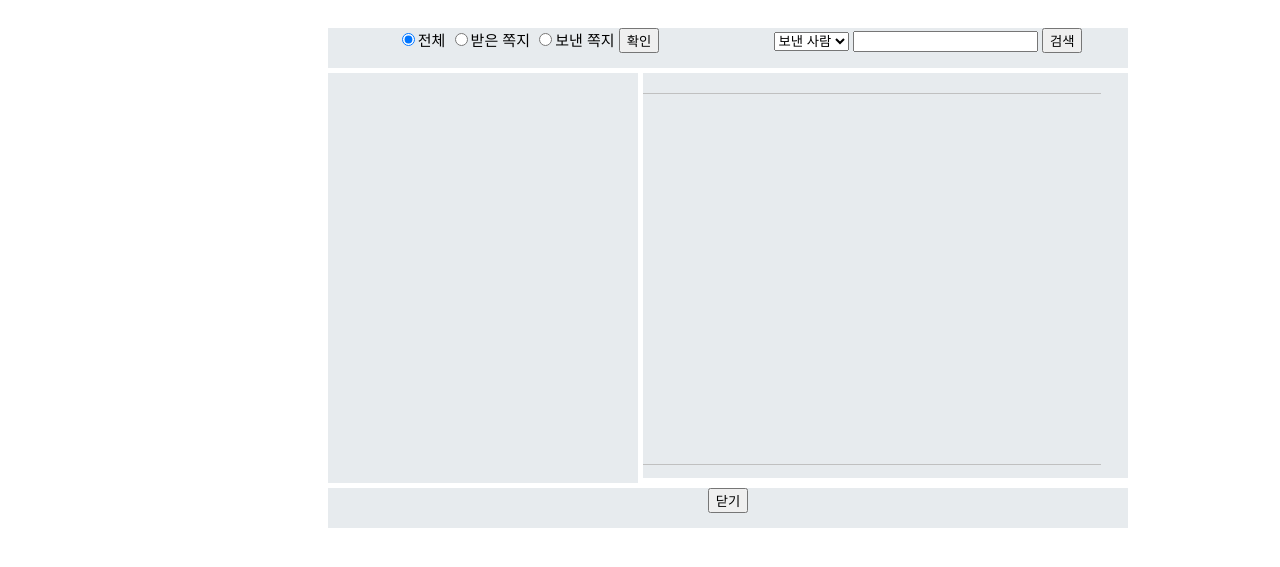
Repository: heebedev/TheJoeun_JSP
Page: http://localhost/TeamProject_05/messageFinal.jsp
An editor plug-in stored every save of this project. The page is shown before and after the next save, followed by the edit.
The browser window is 1280 px wide. The pictures show the whole page.
The page is served by Tomcat 9. Other server files are loaded and not shown.

Above is the page before, as saved 2020-06-17 03:40:36.

### TeamProject_05/WebContent/messageFinal.jsp
<%@ page language="java" contentType="text/html; charset=UTF-8"
    pageEncoding="UTF-8"%>
<%@ taglib prefix="c" uri="http://java.sun.com/jsp/jstl/core" %>
<!DOCTYPE html>
<html>
<head>
<meta charset="UTF-8">
<title>쪽지 보관함</title>
	<script type="text/JavaScript">

         function msgDetail(textseq, nickname_send, nickname_receive, message, insertdate) {
               	var seq = textseq;
               	var send = nickname_send;
               	var receive = nickname_receive;
               	var msg = message;
               	var date = insertdate;

               	document.getElementById("send").innerHTML = '보낸사람 : ' + send;
               	document.getElementById("receive").innerHTML = '받는사람 : ' + receive;
               	document.getElementById("message").innerHTML = msg;
               	document.getElementById("date").innerHTML = date;

        	}
    </script>

	<style>
	.item1 { grid-area: header1; height: 40px; margin: 0 300px 0 300px; width: 800px;}
	.item2 { grid-area: menu; height: 400px; margin: 0 0 0 300px; width: 300px;}
	.item3 { grid-area: main; height: 405px; margin: 0 530px 0 0; width: 485px;}
	.item4 { grid-area: footer; height: 40px; margin: 0 300px 0 300px; width: 800px;}
	.tablenick_send { grid-area: nicksend;}
	.tablenick_receive { grid-area: nickreceive;}
	.tabledate { grid-area: date;}
	.tablemessage { grid-area: message;}
	.detail_send { grid-area: detailsend; width:458px; font-weight: bold; text-align: left; padding-top:20px; padding-left:20px;}
	.detail_receive { grid-area: detailreceive; width:458px; font-weight: bold; text-align: left; padding-left:20px;}
	.detaildate { grid-area: detaildate; padding-top: 20px; width:458px; }
	.detailmessage { grid-area: detailmessage; vertical-align: bottom; padding-top:20px; width:458px; border-bottom: 1px solid silver; border-top: 1px solid silver; height:350px;}


	.grid-container {
	  display: grid;
	  grid-template-areas:
	    'header1 header1 header1'
	    'menu main main'
	    'footer footer footer';
	  grid-gap: 5px;
	  padding: 20px;
	  font-family: sans-serif;
	}

	.item2 {
	  display: grid;
	  grid-template-areas:
	    'nicksend nickreceive'
	    'message'
	    'date';
	  padding: 5px;
	  font-family: sans-serif;
	  overflow: scroll;
	}

	.grid-container > div {
	  background-color: rgba(231, 235, 238, 100);
	  text-align: center;
	  font-size: 15px;
	}

	form {
		display: inline;
		vertical-align: middle;
	}

	.tablemessage {
    overflow: hidden;
    text-overflow: ellipsis;
    white-space: nowrap;
    width: 280px;
	}

	.tablenick_send {
	 float:left;
     font-weight: bold;
	}
	.tablenick_receive {
	 float:right;
     font-weight: bold;
	}

	.tabledate {
    float: right;
	}

	.messageTable {
    width: 280px;
    border-top:1px solid silver;
    border-bottom:1px solid silver;
    margin-bottom:5px;

	}
	.messageTable:active {
    background-color: silver;

	}
	</style>
</head>
<body>
		<div class="grid-container">
		  <div class="item1">
		  	<div style="float: left; width: 50%;">
			  	<form action="message.bill" method="post" align="left">
					<input type="radio" name="selection" value="total" checked="checked">전체
					<input type="radio" name="selection" value="receive">받은 쪽지
					<input type="radio" name="selection" value="send">보낸 쪽지
					<input type="submit" value="확인">
			  	</form>
		  	</div>
		  	<div style="float: right; width: 50%;">
		  		<form action="message.bill" method="post" align="right">
				<select name="search">
					<option value="nick_send">보낸 사람</option>
					<option value="nick_receive">받는 사람</option>
					<option value="message">내용</option>
				</select>
					<input type="text" width="100" name="searchText">
					<input type="submit" value="검색">
		  		</form>
		  	</div>
		  </div>
		  <div class="item2">
				<c:forEach items="${messageList }" var="message">
					<div class="messageTable" onClick = "msgDetail(${message.textseq},'${message.nickname_send}', '${message.nickname_receive}', '${message.message}', '${message.date}')">
						<div class="tablenick_send" text-align="left">보낸 사람 : ${message.nickname_send}</div>
						<div class="tablenick_receive" text-align="right">받는 사람 : ${message.nickname_receive}</div>
						<div class="tablemessage">${message.message}</div>
						<div class="tabledate" text-align="right">${message.date}</div>
					</div>
				</c:forEach>
			</div>
		  <div class="item3">
			<div class="detailTable">
				<div id="send" class="detail_send" text-align="left"></div>
				<div id="receive" class="detail_receive" text-align="right"></div>
				<div id="message" class="detailmessage"></div>
				<div id="date" class="detaildate" text-align="right"></div>
			</div>
		  </div>
		  <div class="item4"><input type="button" value="닫기" onClick="window.close()"></div>
		</div>



</body>
</html>

After the next save:
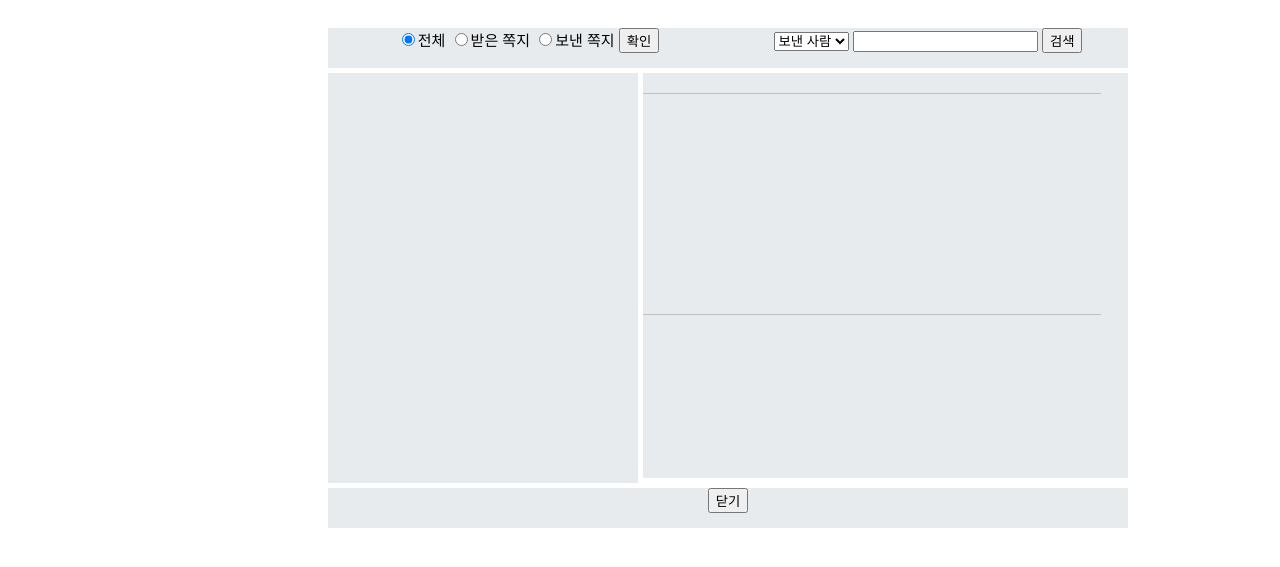
Saved 24 s later.
--- a/TeamProject_05/WebContent/messageFinal.jsp
+++ b/TeamProject_05/WebContent/messageFinal.jsp
@@ -35,7 +35,7 @@
 	.detail_send { grid-area: detailsend; width:458px; font-weight: bold; text-align: left; padding-top:20px; padding-left:20px;}
 	.detail_receive { grid-area: detailreceive; width:458px; font-weight: bold; text-align: left; padding-left:20px;}
 	.detaildate { grid-area: detaildate; padding-top: 20px; width:458px; }
-	.detailmessage { grid-area: detailmessage; vertical-align: bottom; padding-top:20px; width:458px; border-bottom: 1px solid silver; border-top: 1px solid silver; height:350px;}
+	.detailmessage { grid-area: detailmessage; vertical-align: bottom; padding-top:20px; width:458px; border-bottom: 1px solid silver; border-top: 1px solid silver; height:200px;}
 
 
 	.grid-container {
